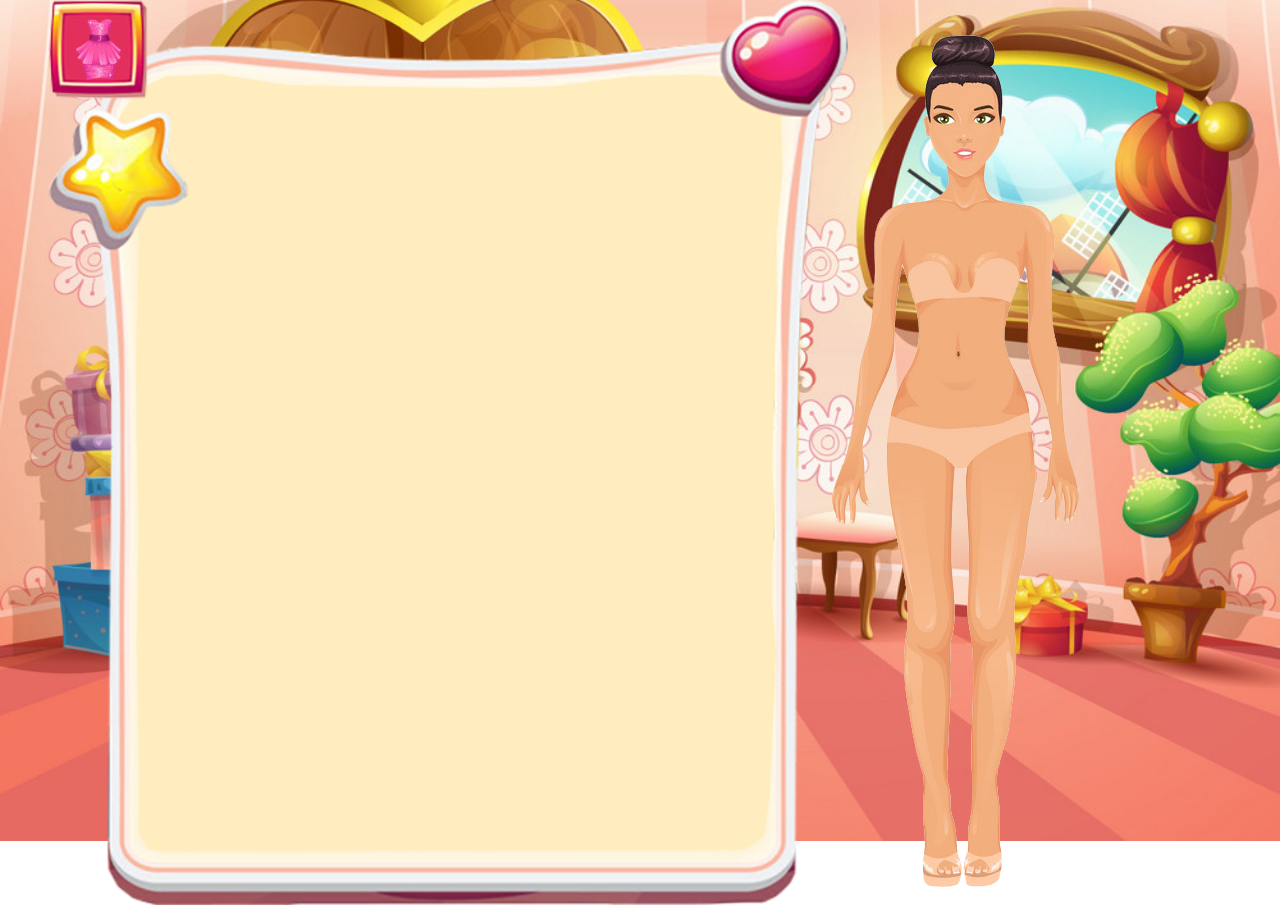
Repository: bunbubam/GameThayDoReactjs_NguyenKhacNghia
Page: /
The author's editor kept a copy of each file at every save. The page is drawn from the files as they stood at one save, then again after the next save.
The browser window is 1280 px wide. The pictures show the whole page.
The project was rebuilt for these pictures with package versions that can differ from the ones it lists, and the page was loaded fresh each time.

Above is the page before, as saved 2022-03-30 15:48:31.

After the next save:
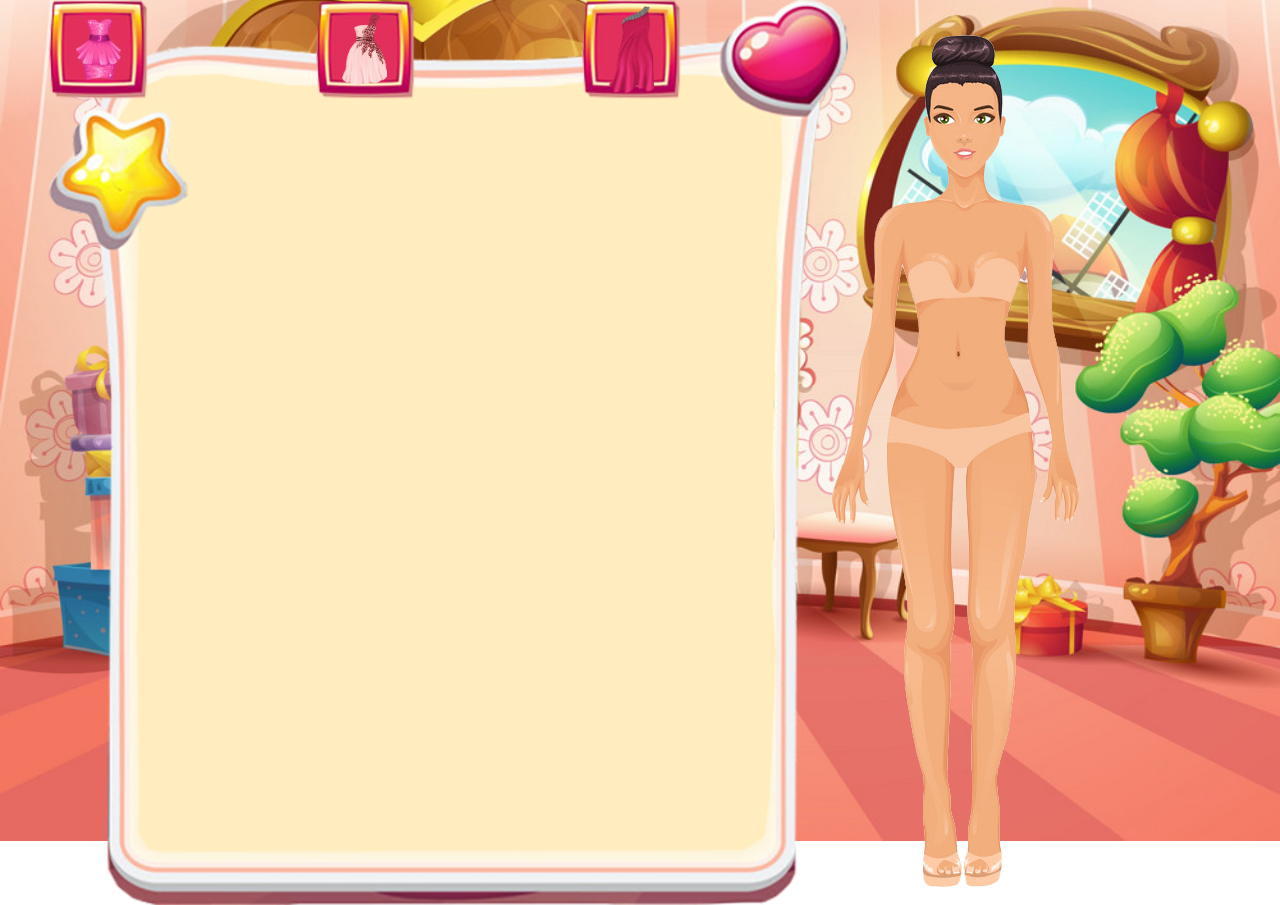
Saved 2 min 36 s later.
--- a/src/gamethaydo/dress.js
+++ b/src/gamethaydo/dress.js
@@ -37,6 +37,16 @@ changeClothing = (imgs) => {
                                             <img onClick={()=>this.changeClothing(Clothing1)} src={require('./images/trangphuc1.png')} className='img-fluid'/>
                                         </div>
                                     </div>
+                                    <div className='col-12 col-xl-4'>
+                                        <div className='clothing-item d-flex flex-direction-row justify-content-center align-items-center'>
+                                            <img onClick={()=>this.changeClothing(Clothing2)} src={require('./images/trangphuc2.png')} className='img-fluid'/>
+                                        </div>
+                                    </div>
+                                    <div className='col-12 col-xl-4'>
+                                        <div className='clothing-item d-flex flex-direction-row justify-content-center align-items-center'>
+                                            <img onClick={()=>this.changeClothing(Clothing3)} src={require('./images/trangphuc3.png')} className='img-fluid'/>
+                                        </div>
+                                    </div>
                                 </div>
                             </div>
                         </div>
